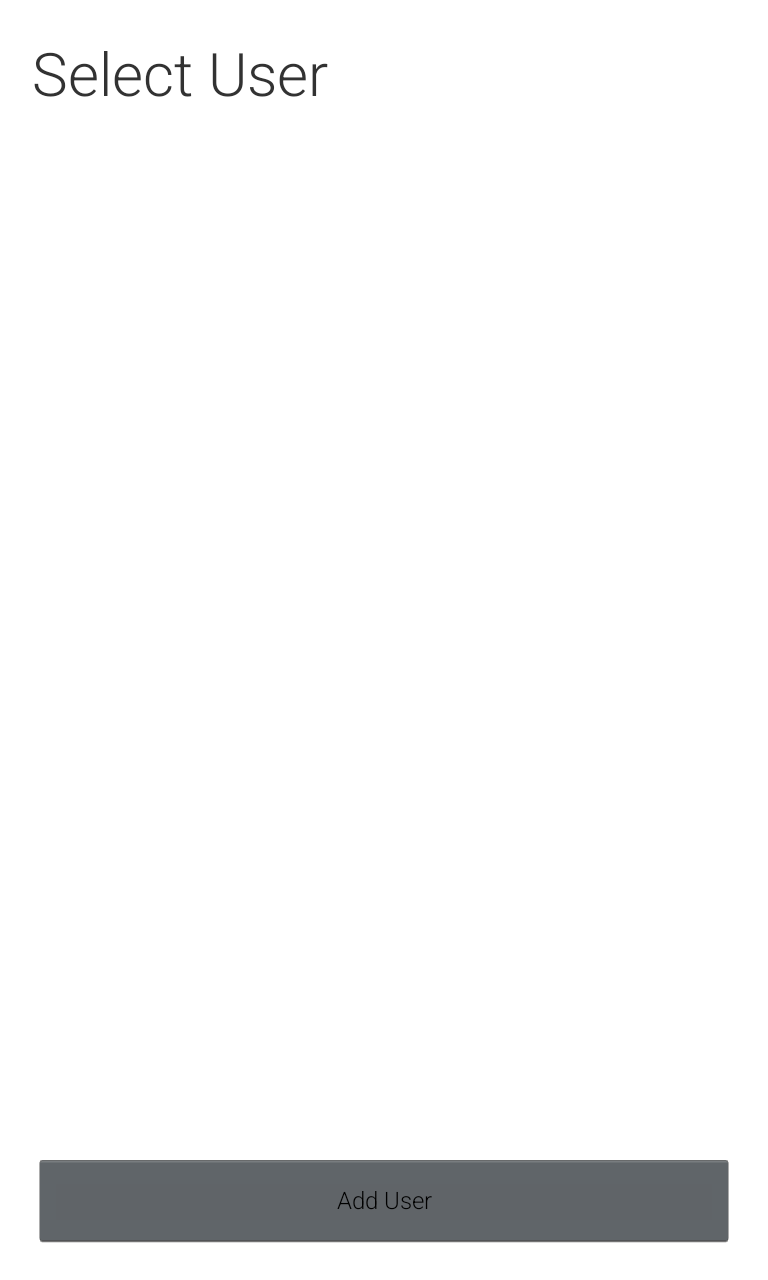
Repository: MikeFynes/ChallengeAccepted
Layout: ChallengeAcceptedFrontEnd/ChallengeDemo/res/layout/activity_start.xml
The author's editor kept a copy of each file at every save. The layout is drawn from the files as they stood at one save, then again after the next save.
It is drawn on a 768 x 1280 px phone screen (xhdpi) without system bars, with theme AppTheme; the app's code is not run.

Above is the layout before, as saved 2014-12-09 15:28:58.

### ChallengeAcceptedFrontEnd/ChallengeDemo/res/layout/activity_start.xml
<RelativeLayout xmlns:android="http://schemas.android.com/apk/res/android"
    xmlns:tools="http://schemas.android.com/tools" android:layout_width="match_parent"
    android:layout_height="match_parent" android:paddingLeft="@dimen/activity_horizontal_margin"
    android:paddingRight="@dimen/activity_horizontal_margin"
    android:paddingTop="@dimen/activity_vertical_margin"
    android:paddingBottom="@dimen/activity_vertical_margin" tools:context=".Start"
    android:id="@+id/startView"
    >



        <TextView android:text="@string/start_select_user" android:layout_width="wrap_content"
            android:layout_height="wrap_content"
        android:id="@+id/start_text"
        android:textSize="30sp"
        android:textstyle="bold"
        android:gravity="center" />
<TableLayout
    android:layout_width="fill_parent"
    android:layout_height="wrap_content"
    android:id="@+id/user_list"
    android:layout_below="@id/start_text">

</TableLayout>
<Button     android:layout_width="fill_parent"
    android:layout_height="wrap_content"
    android:layout_alignParentBottom="true"
    android:text="@string/btn_add_user"
    android:id="@+id/btn_add_user"
    />


</RelativeLayout>

### ChallengeAcceptedFrontEnd/ChallengeDemo/res/values/styles.xml
<?xml version="1.0" encoding="utf-8"?>
<!-- File created by the Android Action Bar Style Generator

     Copyright (C) 2011 The Android Open Source Project
     Copyright (C) 2012 readyState Software Ltd

     Licensed under the Apache License, Version 2.0 (the "License");
     you may not use this file except in compliance with the License.
     You may obtain a copy of the License at

          http://www.apache.org/licenses/LICENSE-2.0

     Unless required by applicable law or agreed to in writing, software
     distributed under the License is distributed on an "AS IS" BASIS,
     WITHOUT WARRANTIES OR CONDITIONS OF ANY KIND, either express or implied.
     See the License for the specific language governing permissions and
     limitations under the License.
-->

<resources xmlns:android="http://schemas.android.com/apk/res/android">

    <style name="AppTheme" parent="@android:style/Theme.Holo.Light">
<item name="android:actionBarTabStyle">@style/MyActionBarTabsIndicator</item>

        <item name="android:actionBarStyle">@style/MyActionBar</item>
        <item name="android:actionBarTabTextStyle">@style/MyActionBarTabText</item>

        <item name="android:actionMenuTextColor">@style/MyActionBarTitleText</item>
        <item name="android:textViewStyle">@style/RobotoTextViewStyle</item>
        <item name="android:buttonStyle">@style/RobotoButtonStyle</item>

    </style>



    <style name="RobotoTextViewStyle" parent="android:Widget.TextView">
    <item name="android:fontFamily">sans-serif-light</item>
     <item name="android:textSize">12sp</item>
</style>

<style name="RobotoButtonStyle" parent="android:Widget.Holo.Button">
    <item name="android:fontFamily">sans-serif-light</item>
     <item name="android:textSize">12sp</item>
     <item name="android:textColor">@color/black</item>
</style>

 <style name="MyActionBarTabsIndicator"
        parent="android:Widget.Holo.Light.ActionBar.TabView">
        <!-- tab indicator -->
        <item name="android:state_pressed">true</item>
        <item name="android:background">@drawable/tab_indicator</item>
    </style>

    <!-- ActionBar styles -->
    <style name="MyActionBar"
        parent="android:Widget.Holo.Light.ActionBar">

        <item name="android:background" >@color/actionbar</item>
        </style>

    <!-- ActionBar title text -->
    <style name="MyActionBarTitleText"
        parent="android:TextAppearance.Holo.Widget.ActionBar.Title">
        <item name="android:textColor">@color/black</item>
    </style>



    <!-- ActionBar tabs text styles -->
    <style name="MyActionBarTabText"
        parent="android:Widget.Holo.ActionBar.TabText">
        <item name="android:textColor">@color/black</item>
    </style>



</resources>

### ChallengeAcceptedFrontEnd/ChallengeDemo/res/values/color.xml
<?xml version="1.0" encoding="utf-8"?>
<resources>

    <color name="white">#FFFFFF</color>
    <color name="black">#000000</color>

<!--      CHALLENGES COLOURS -->
    <color name="selected_cat">#00695C</color>
    <color name="list_selected_chall">#B2DFDB</color>

<!--     ACTIONBAR COLOURS -->
    <color name="actionbar">#009688</color>


</resources>

### ChallengeAcceptedFrontEnd/ChallengeDemo/res/drawable/tab_indicator.xml
<?xml version="1.0" encoding="utf-8"?>
<selector xmlns:android="http://schemas.android.com/apk/res/android" >
    <!-- STATES WHEN BUTTON IS NOT PRESSED -->

    <!-- Non focused states -->
    <item android:state_focused="false" android:state_selected="false"
        android:state_pressed="false"
        android:drawable="@color/actionbar" />
    <item android:state_focused="false" android:state_selected="true"
        android:state_pressed="false"
        android:drawable="@color/list_selected_chall" />

    <!-- Focused states (such as when focused with a d-pad or mouse hover) -->
    <item android:state_focused="true" android:state_selected="false"
        android:state_pressed="false"
        android:drawable="@color/actionbar" />
    <item android:state_focused="true" android:state_selected="true"
        android:state_pressed="false"
        android:drawable="@color/list_selected_chall" />


    <!-- STATES WHEN BUTTON IS PRESSED -->

    <!-- Non focused states -->
    <item android:state_focused="false" android:state_selected="false"
        android:state_pressed="true"
        android:drawable="@color/actionbar" />
    <item android:state_focused="false" android:state_selected="true"
        android:state_pressed="true"
        android:drawable="@color/list_selected_chall" />

    <!-- Focused states (such as when focused with a d-pad or mouse hover) -->
    <item android:state_focused="true" android:state_selected="false"
        android:state_pressed="true"
        android:drawable="@color/list_selected_chall" />
    <item android:state_focused="true" android:state_selected="true"
        android:state_pressed="true"
        android:drawable="@color/list_selected_chall" />

</selector>

### ChallengeAcceptedFrontEnd/ChallengeDemo/res/values/strings.xml
<?xml version="1.0" encoding="utf-8"?>
<resources>

    <string name="app_name">ChallengeApp</string>
    <string name="start_select_user">Select User</string>
    <string name="select_challenge">Select Challenge</string>
    <string name="select_category">Select Category</string>
    <string name="action_settings">Settings</string>
    <string name="start_One">1</string>
    <string name="start_Two">2</string>
    <string name="tab_lbl_my_challenges">My Challenges</string>
    <string name="tab_lbl_scoreboard">Scoreboard</string>
    <string name="tab_lbl_create_challenge">Challenge</string>
    <string name="tab_lbl_welcome">Welcome</string>
    <string name="btn_accept">Accept</string>
    <string name="btn_decline">Decline</string>
    <string name="btn_complete">Complete</string>
    <string name="no_challTitle">No Challenge Yet</string>
    <string name="no_challDesc">No Challenge has been issued</string>
    <string name="btnChallenge">SEND CHALLENGE!</string>
    <string name="btnBack">Back</string>
    <string name="btn_add_user">Add User</string>

    <string name="challenge_title">Challenge</string>
    <string name="challenge_points">Points</string>

      <string name="user_points">Score</string>
  		<string name="user_name">Name</string>

  		<string name="fill_form">Enter details below and click complete to add a user</string>
  		<string name="add_name">User Name</string>


  		<string name="welcome_start">Welcome</string>
  		<string name="welcome_from_start">Navigate through tabs to challenges!</string>

  		<string name="welcome_response">Response Logged!</string>
  		<string name="welcome_from_response">Your response has been added!</string>

  		  		<string name="welcome_complete">Challenge Complete</string>
  		<string name="welcome_from_complete">You go girl!</string>

  		  		<string name="welcome_sent">Challenge Sent</string>
  		<string name="welcome_from_sent">Oooooooooooh!</string>
</resources>

Loaded but not shown: ChallengeAcceptedFrontEnd/ChallengeDemo/res/values/dimens.xml (common file)

After the next save:
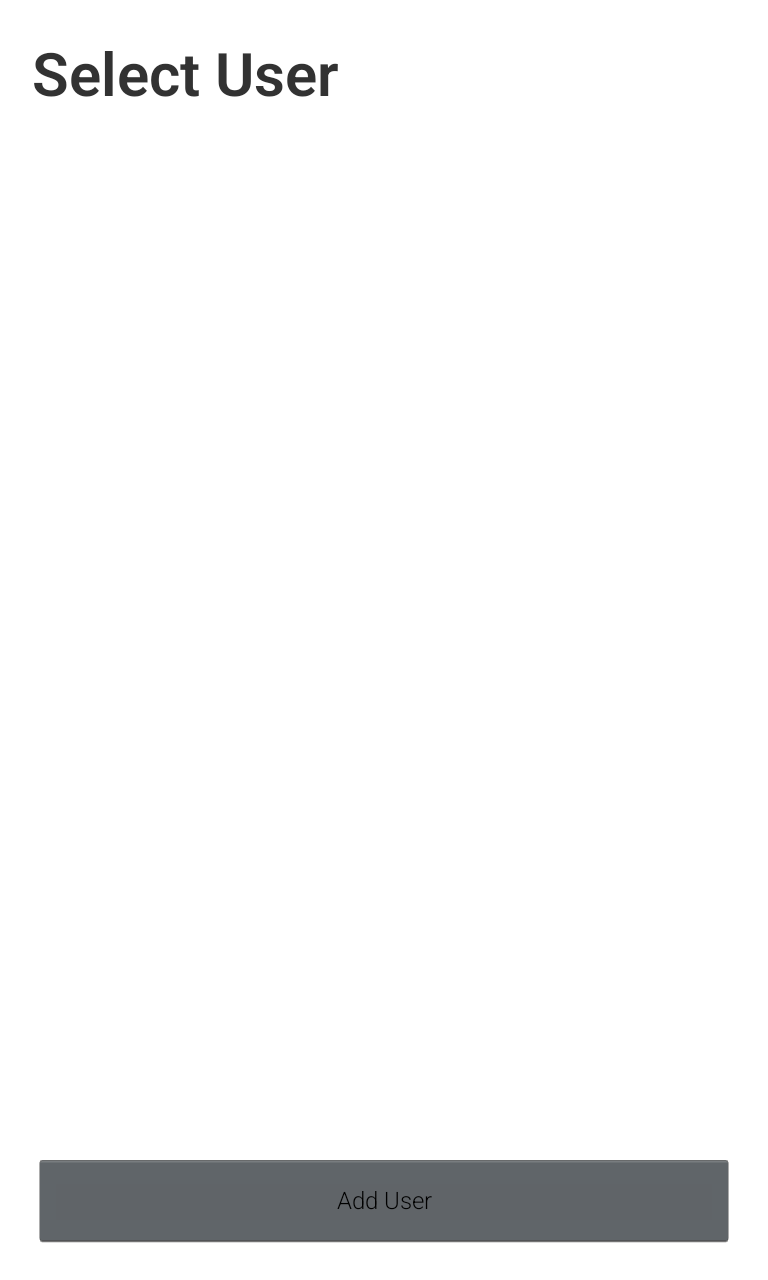
Saved 22 s later.
--- a/ChallengeAcceptedFrontEnd/ChallengeDemo/res/layout/activity_start.xml
+++ b/ChallengeAcceptedFrontEnd/ChallengeDemo/res/layout/activity_start.xml
@@ -13,7 +13,7 @@
             android:layout_height="wrap_content"
         android:id="@+id/start_text"
         android:textSize="30sp"
-        android:textstyle="bold"
+        android:textStyle="bold"
         android:gravity="center" />
 <TableLayout
     android:layout_width="fill_parent"
